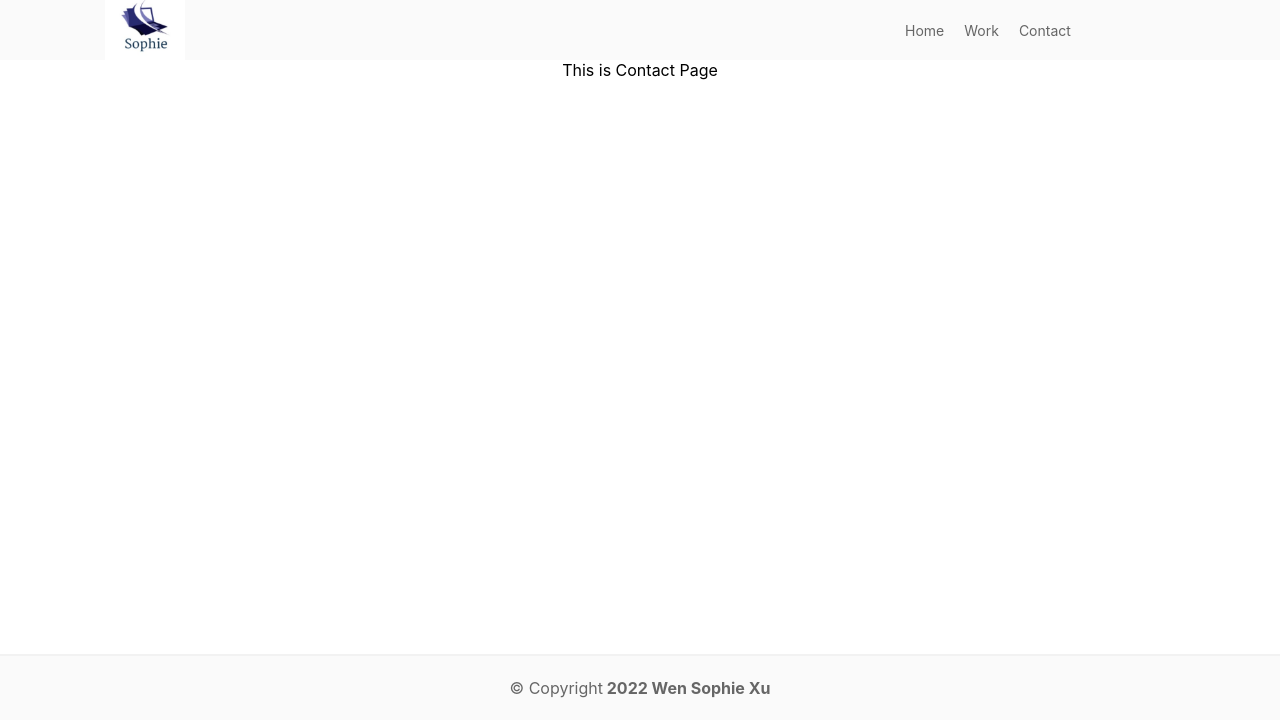
Repository: wenxi0504/myResume_app
Page: /contact
These files come from the project's save history. The page is drawn as it stood at one moment and after the next save; the edit follows.
The browser window is 1280 px wide. The pictures show the whole page.
The project was rebuilt for these pictures with package versions that can differ from the ones it lists, and the page was loaded fresh each time. Also part of the build but not shown: src/pages/HomePage/home.module.scss, src/pages/HomePage/index.js, src/pages/WorkPage/works.module.scss, src/components/WorkLists/work.module.scss, src/components/WorkLists/index.js, src/pages/WorkPage/index.js, src/pages/Contact/contact.module.scss.

Above is the page before, as saved 2022-01-04 21:19:50.

After the next save:
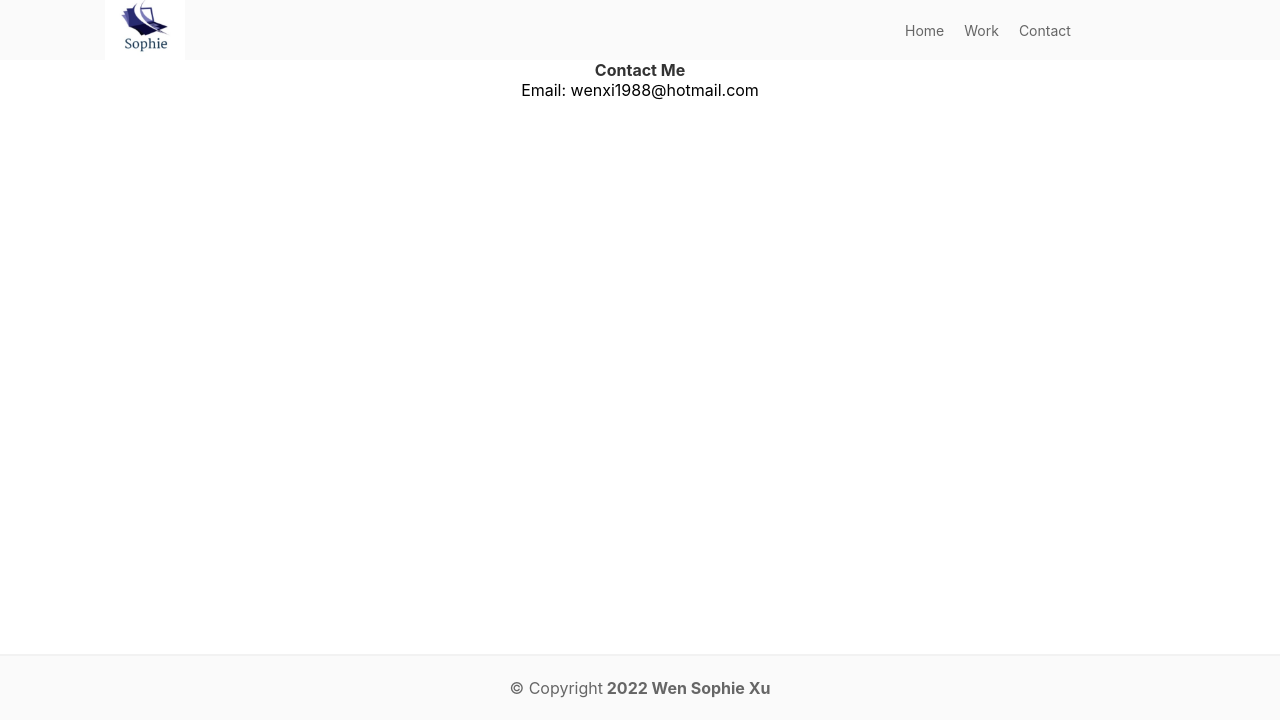
Saved 6 min 29 s later.
--- a/src/pages/Contact/index.js
+++ b/src/pages/Contact/index.js
@@ -1,8 +1,19 @@
 // eslint-disable-next-line no-unused-vars
-import React, { Component } from 'react';
+import React, { Component } from "react";
+import styles from './contact.module.scss';
 
 // eslint-disable-next-line import/no-anonymous-default-export
 export default () => {
-    return <div>
-        This is Contact Page</div>
-}
+  return <div className={styles.wrap}>
+    <div className={styles.box}>
+      <div className={styles.title}>
+        <h1>Contact Me</h1>
+        <p>Email: wenxi1988@hotmail.com</p>
+        <a href={<iframe src="https://onedrive.live.com/embed?cid=962C89212FFCD98B&resid=962C89212FFCD98B%2127301&authkey=ANmidHzG6CnqqhE" width="165" height="128" frameborder="0" scrolling="no"></iframe> }></a>
+      </div>
+    </div>
+
+
+
+  </div>;
+};
